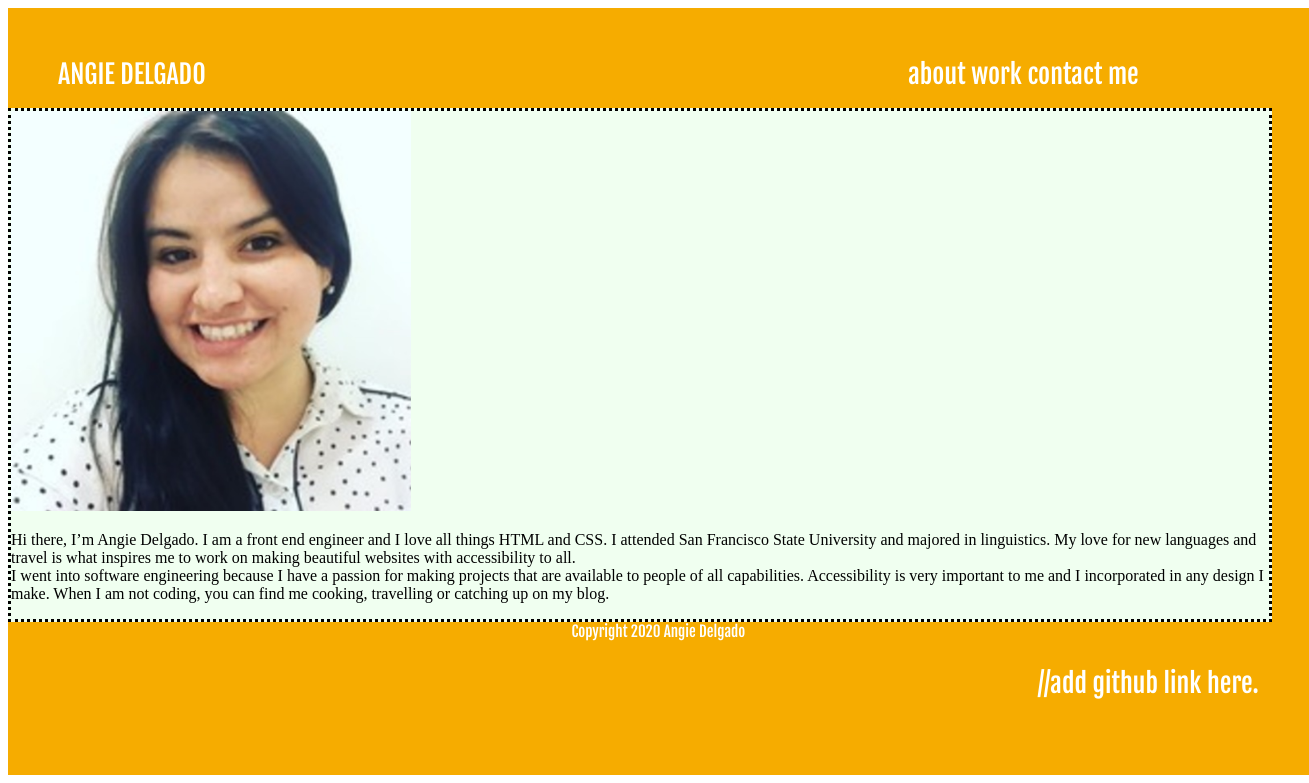
Repository: seleniadelgado/meda-spring2020-angie
Page: projects/portfolio/index.html
The author's editor kept a copy of each file at every save. The page is drawn from the files as they stood at one save, then again after the next save.
The browser window is 1280 px wide. The page is 1309 px wide, so the pictures cover 1309 px, including what lies to the right of the window. The pictures show the whole page.

Above is the page before, as saved 2020-03-02 11:14:52.

### projects/portfolio/index.html
<!DOCTYPE html>
 <html lang="en">
    <head>
        <meta charset="utf-8">
        <meta http-equiv="X-UA-Compatible" content="IE=edge">
        <title>Angie Delgado</title>
        <meta name="description" content="">
        <meta name="viewport" content="width=device-width, initial-scale=1">
        <link rel="stylesheet" href="styles.css">
    </head>
    <body>
    <header>
            <nav>
                <div id="myName">
                    Angie Delgado
                </div>
                <div>
                    <ul id="menu">
                        <li><a href="#">About</a></li>
                        <li><a href="#">Work</a></li>
                        <li><a href="#">Contact me</a></li>
                    </ul>
                </div>
            </nav>
    </header>
    <div class="aboutMe">
<div>
        <img src="portfoliopic.png" alt="Photo of Angie Delgado looking cute" height="400px" width="400px">
    </div>

        <p id="aboutMeParagraph">
            Hi there, I’m Angie Delgado. I am a front end engineer and I love all things HTML and CSS. I attended San Francisco State University and majored in linguistics. My love for new languages and travel is what inspires me to work on making beautiful websites with accessibility to all.
            <br>
            I went into software engineering because I have a passion for making projects that are available to people of all capabilities. Accessibility is very important to me and I incorporated in any design I make. When I am not coding, you can find me cooking, travelling or catching up on my blog.
        </p>
    </div>
    <footer>
        <div class="copyright"><p>Copyright 2020 Angie Delgado</p></div>
        <div class="social">
            <p>//add github link here.</p>
        </div>
    </footer>
    </body>
</html>

### projects/portfolio/styles.css
@import url('https://fonts.googleapis.com/css?family=Fjalla+One|Noto+Sans&display=swap');

header, main, footer {
    width: 95%;
    background-color: #f6ac00;
    margin: 0 auto;
    padding: 50px;
    font-size: 26px;
    font-family: 'Fjalla One', Arial, Helvetica, sans-serif;
    line-height: normal;
    /* font-family: 'Noto Sans', ;*/
}
/* navbar starts*/
#myName {
    float: left;
    color: white;
    text-transform: uppercase;
}
ul {
    display: block;
    list-style-type: none;
    margin: 0;
    padding-right: 10%;
    float: right;
    text-decoration: none;
 }

 li {
    display: inline;
    text-transform: lowercase;
 }
 li a {
    text-decoration: none;
    color: white;
 }
 /*nav styles ends */

/* About me starts */
.aboutMe {
    border: dotted;
    float: left;
    background-color: honeydew;
}
#aboutMeParagraph {
    float: right;
}
/* about me ends */
 /* Footer style starts */
 footer {
    color: white;
    text-shadow: black;
 }
 .copyright {
    text-align: center;
    font-size: 15px;
 }
 .social {
    text-align: right;
    margin-bottom: 20px;
 }
/* footer ends */

After the next save:
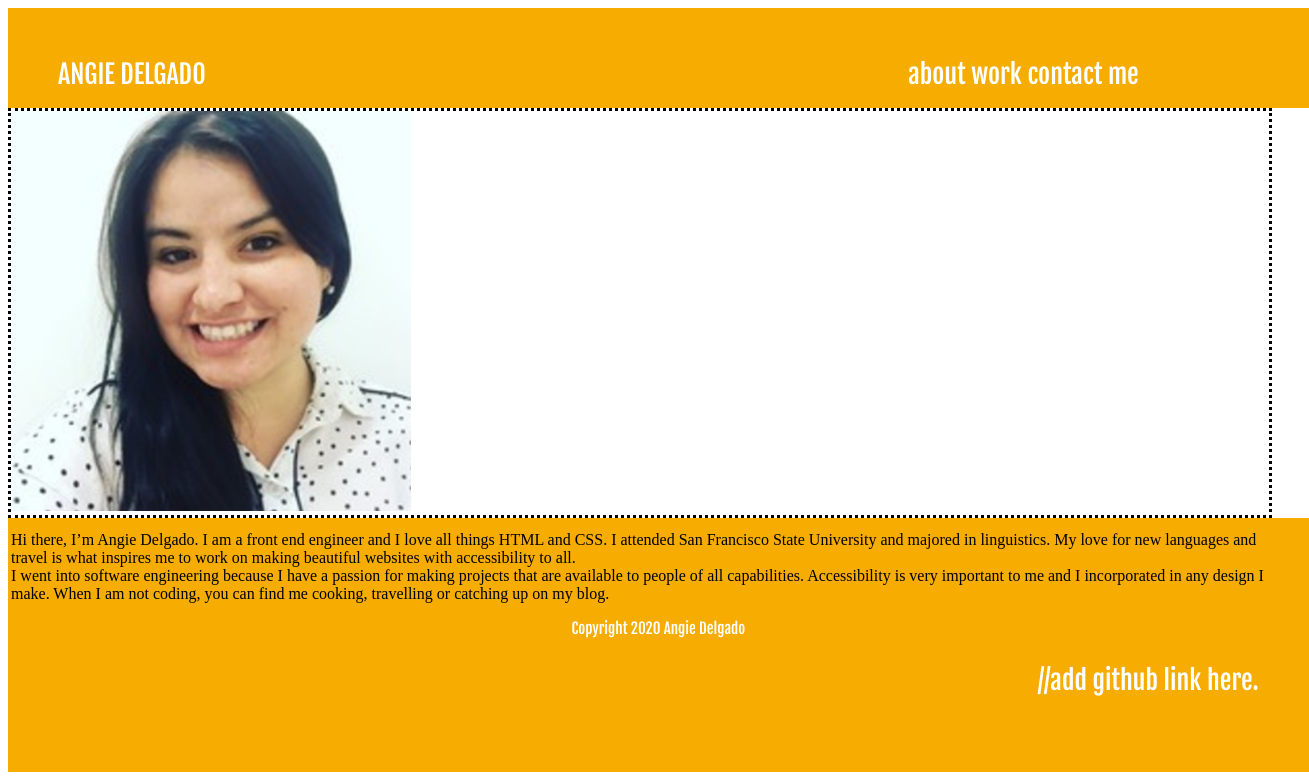
Saved 42 s later.
--- a/projects/portfolio/styles.css
+++ b/projects/portfolio/styles.css
@@ -38,6 +38,8 @@ ul {
 /* About me starts */
 .aboutMe {
     border: dotted;
+}
+.image {
     float: left;
     background-color: honeydew;
 }
